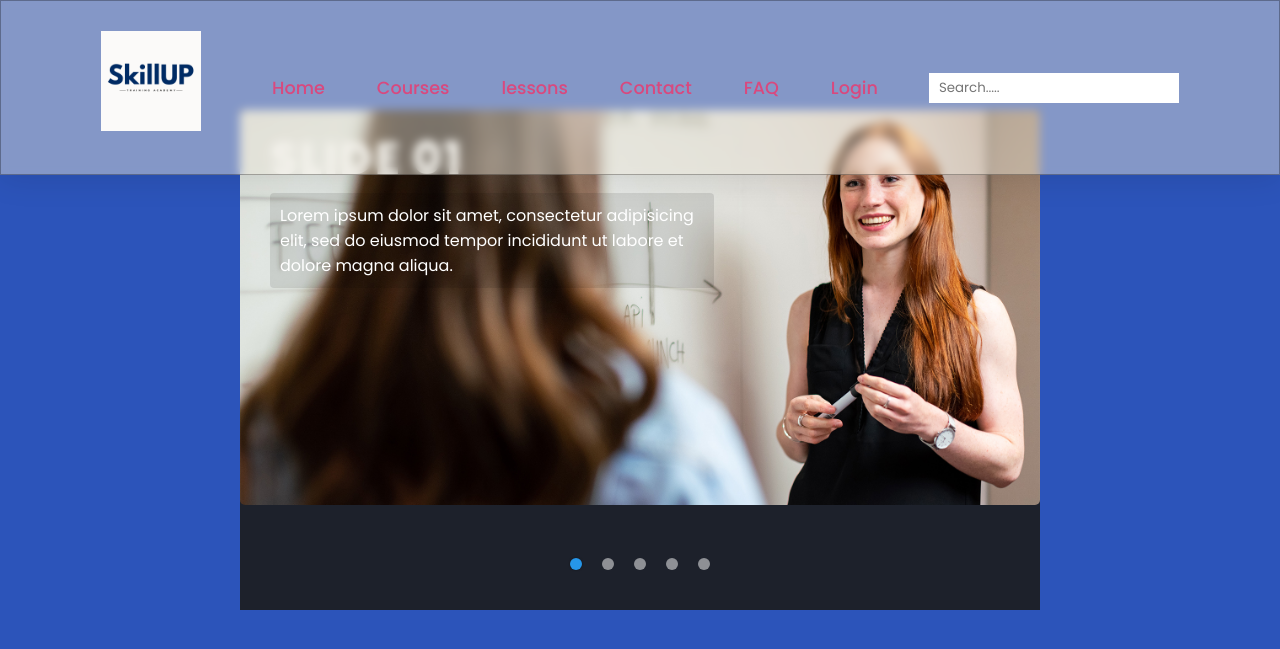
Repository: 2tzz/SkillUp-Academy
Page: home.html
The author's editor kept a copy of each file at every save. The page is drawn from the files as they stood at one save, then again after the next save.
The browser window is 1280 px wide. The pictures show the whole page.
Some web fonts or font styles are not loaded; a fallback is used.

Above is the page before, as saved 2022-10-22 15:42:22.

### home.html
<!DOCTYPE html>
<html lang="en" dir="ltr">
  <head>
    <meta charset="utf-8">
    <title>Website Landing Page | With Loading Effects and Scrolling Effects</title>
    <link rel="stylesheet" href="/CSS/home.css">
  </head>
  <body>

    <header>
      <a href="#" class="logo" >
        <img src="Img/SkillUP light.png" width="100px" height="100px" alt="Academy logo"/>
      </a>
      <navbar>
        <a href="#" class="active">Home</a>
        <a href="CourseHome.html">Courses</a>
        <a href="Lessons.html">lessons</a>
        <a href="Contact.html">Contact</a>
        <a href="FAQ.html">FAQ</a>
        <a href="login.html">Login</a>
      </navbar>
      <search_bar>
            <form class="search">
                <input type="text" placeholder="Search....." class="input">
            <button type="submit" class="button">
                <i class="ri-search-2-line"></i>
            </button>
        </form>
      </search_bar>
    </header>

    <div class="img-slider">
        <div class="slide active">
          <img src="/Img/CarousalImages/Caro1.jpg" alt="">
          <div class="info">
            <h2>Slide 01</h2>
            <p>Lorem ipsum dolor sit amet, consectetur adipisicing elit, sed do eiusmod tempor incididunt ut labore et dolore magna aliqua.</p>
          </div>
        </div>
        <div class="slide">
          <img src="/Img/CarousalImages/Caro2.jpg" alt="">
          <div class="info">
            <h2>Slide 02</h2>
            <p>Lorem ipsum dolor sit amet, consectetur adipisicing elit, sed do eiusmod tempor incididunt ut labore et dolore magna aliqua.</p>
          </div>
        </div>
        <div class="slide">
          <img src="/Img/CarousalImages/Caro3.jpg" alt="">
          <div class="info">
            <h2>Slide 03</h2>
            <p>Lorem ipsum dolor sit amet, consectetur adipisicing elit, sed do eiusmod tempor incididunt ut labore et dolore magna aliqua.</p>
          </div>
        </div>
        <div class="slide">
          <img src="/Img/CarousalImages/Caro1.jpg" alt="">
          <div class="info">
            <h2>Slide 04</h2>
            <p>Lorem ipsum dolor sit amet, consectetur adipisicing elit, sed do eiusmod tempor incididunt ut labore et dolore magna aliqua.</p>
          </div>
        </div>
        <div class="slide">
          <img src="/Img/CarousalImages/Caro2.jpg" alt="">
          <div class="info">
            <h2>Slide 05</h2>
            <p>Lorem ipsum dolor sit amet, consectetur adipisicing elit, sed do eiusmod tempor incididunt ut labore et dolore magna aliqua.</p>
          </div>
        </div>
        <div class="navigation">
          <div class="btn active"></div>
          <div class="btn"></div>
          <div class="btn"></div>
          <div class="btn"></div>
          <div class="btn"></div>
        </div>
      </div>
    <script src="/JS/home.js"></script>
  </body>
</html>

### CSS/home.css
@import url('https://fonts.googleapis.com/css2?family=Poppins:wght@100;200;300;400;500;600;700;800;900&display=swap');
@import url('https://fonts.googleapis.com/css2?family=Kaushan+Script&display=swap');

*{
  margin: 0;
  padding: 0;
  box-sizing: border-box;
  font-family: "Poppins", sans-serif;
  scroll-behavior: smooth;
}

body{
    min-height: 100vh;
    overflow-x: hidden;
    display: flex;
    justify-content: center;
    align-items: center;
    background: #2c54ba;

}

header{
    background: rgba(231, 228, 214, 0.47);
box-shadow: 0 4px 30px rgba(0, 0, 0, 0.1);
backdrop-filter: blur(5px);
-webkit-backdrop-filter: blur(5px);
border: 1px solid rgba(6, 2, 2, 0.3);
  z-index: 999;
  position: absolute;
  top: 0;
  left: 0;
  width: 100%;
  padding: 30px 100px;
  display: flex;
  justify-content: space-between;
  align-items: center;
}

header .logo{
  font-size: 2em;
  text-transform: uppercase;
  font-weight: 800;
  text-decoration: none;
  background: linear-gradient(to right, #d7487e, #ea6360);
  -webkit-background-clip: text;
  -webkit-text-fill-color: transparent;
}

header navbar{
  display: flex;
  justify-content: center;
  align-items: center;
}

header navbar a{
  color: #d9497e;
  font-size: 1.1em;
  font-weight: 500;
  text-decoration: none;
  margin-left: 20px;
  padding: 5px 16px;
  border-radius: 20px;
  transition: 0.3s;
  transition-property: background, color;
}

header navbar a:hover{
  background: linear-gradient(to bottom, #d94a7f, #fe9261);
  color: #fff;
}

.home{
  position: relative;
  width: 100%;
  height: 100vh;
  padding: 100px;
  display: flex;
  justify-content: center;
  align-items: center;
  flex-direction: column;
}

.home:before{
  content: '';
  z-index: 10;
  position: absolute;
  width: 100%;
  height: 80px;
  background: linear-gradient(to top, #722d59, transparent);
  bottom: 0;
}


.home img{
  position: absolute;
  top: 0;
  left: 0;
  width: 100%;
  height: 100%;
  object-fit: cover;
  pointer-events: none;
}

/* Search box */
header search_bar{
    display: flex;
    justify-content: center;
    align-items: center;
}
.search{
    float: right;
    position: relative;
    height: 30px;
    width: 250px;
    background-color: rgb(255, 255, 255);
    backdrop-filter: blur(2rem);
    display: flex;
    justify-content: flex-end;
    border: #a11d1d;
}
.search::before{
    content: "";
    position: absolute;
    left: 0;
    bottom: 0;
    width: 100%;
    height: 2px;
    background: #c52520;
    transform: scaleX(0);
    transform-origin: center;
    transform-origin: left;
    transition: transform .25s ;
}
.search:focus-within::before{
    transform: scale(1);
}
.search input,
.search button{
    border: none;
    outline: none;
    background-color: transparent;
    color: #8e8e8e;
}
.input{
    width: 100%;
    padding: 10px;
}
.button{
    display: grid;
    place-items: center;
    width: 50px;
    font-size: 20px;
    cursor: pointer;
    transition: color .25s;
}
.button:hover{
    background: #0170f0;
  }


.logo, navbar,search_bar{
  transform: translateY(-70px);
  transition: 0.8s;
}

@import url('https://fonts.googleapis.com/css2?family=Poppins:wght@100;200;300;400;500;600;700;800;900&display=swap');

*{
  margin: 0;
  padding: 0;
  box-sizing: border-box;
  font-family: "Poppins", sans-serif;
}



.img-slider{
  position: relative;
  width: 800px;
  height: 500px;
  margin: 10px;
  background: #1D212B;
}

.img-slider .slide{
  z-index: 1;
  position: absolute;
  width: 100%;
  clip-path: circle(0% at 0 50%);
}

.img-slider .slide.active{
  clip-path: circle(150% at 0 50%);
  transition: 2s;
  transition-property: clip-path;
}

.img-slider .slide img{
  z-index: 1;
  width: 100%;
  border-radius: 5px;
}

.img-slider .slide .info{
  position: absolute;
  top: 0;
  padding: 15px 30px;
}

.img-slider .slide .info h2{
  color: #fff;
  font-size: 45px;
  text-transform: uppercase;
  font-weight: 800;
  letter-spacing: 2px;
}

.img-slider .slide .info p{
  color: #fff;
  background: rgba(0, 0, 0, 0.1);
  font-size: 16px;
  width: 60%;
  padding: 10px;
  border-radius: 4px;
}

.img-slider .navigation{
  z-index: 2;
  position: absolute;
  display: flex;
  bottom: 30px;
  left: 50%;
  transform: translateX(-50%);
}

.img-slider .navigation .btn{
  background: rgba(255, 255, 255, 0.5);
  width: 12px;
  height: 12px;
  margin: 10px;
  border-radius: 50%;
  cursor: pointer;
}

.img-slider .navigation .btn.active{
  background: #2696E9;
  box-shadow: 0 0 2px rgba(0, 0, 0, 0.5);
}

@media (max-width: 820px){
  .img-slider{
    width: 600px;
    height: 375px;
  }

  .img-slider .slide .info{
    padding: 10px 25px;
  }

  .img-slider .slide .info h2{
    font-size: 35px;
  }

  .img-slider .slide .info p{
    width: 70%;
    font-size: 15px;
  }

  .img-slider .navigation{
    bottom: 25px;
  }

  .img-slider .navigation .btn{
    width: 10px;
    height: 10px;
    margin: 8px;
  }
}

@media (max-width: 620px){
  .img-slider{
    width: 400px;
    height: 250px;
  }

  .img-slider .slide .info{
    padding: 10px 20px;
  }

  .img-slider .slide .info h2{
    font-size: 30px;
  }

  .img-slider .slide .info p{
    width: 80%;
    font-size: 13px;
  }

  .img-slider .navigation{
    bottom: 5px;
  }

  .img-slider .navigation .btn{
    width: 8px;
    height: 8px;
    margin: 6px;
  }
}

@media (max-width: 420px){
  .img-slider{
    width: 320px;
    height: 200px;
  }

  .img-slider .slide .info{
    padding: 5px 10px;
  }

  .img-slider .slide .info h2{
    font-size: 25px;
  }

  .img-slider .slide .info p{
    width: 90%;
    font-size: 11px;
  }

  .img-slider .navigation{
    bottom: 10px;
  }
}

### JS/home.js

const logo = document.querySelector(".logo");
const navbar = document.querySelector("navbar");
const search_bar=document.querySelector("search_bar");

//reveal elements on page loading
window.addEventListener("load", () => {
  logo.style.transform = "translateY(0)";
  navbar.style.transform = "translateY(0)";
  search_bar.style.transform ="translateY(0)";
});

 //scrolling effects on website elements
 /*window.addEventListener("scroll", () => {
    const scrollVal = window.scrollY;
  });
*/
var slides = document.querySelectorAll('.slide');
    var btns = document.querySelectorAll('.btn');
    let currentSlide = 1;

    // Javascript for image slider manual navigation
    var manualNav = function(manual){
      slides.forEach((slide) => {
        slide.classList.remove('active');

        btns.forEach((btn) => {
          btn.classList.remove('active');
        });
      });

      slides[manual].classList.add('active');
      btns[manual].classList.add('active');
    }

    btns.forEach((btn, i) => {
      btn.addEventListener("click", () => {
        manualNav(i);
        currentSlide = i;
      });
    });

    // Javascript for image slider autoplay navigation
    var repeat = function(activeClass){
      let active = document.getElementsByClassName('active');
      let i = 1;

      var repeater = () => {
        setTimeout(function(){
          [...active].forEach((activeSlide) => {
            activeSlide.classList.remove('active');
          });

        slides[i].classList.add('active');
        btns[i].classList.add('active');
        i++;

        if(slides.length == i){
          i = 0;
        }
        if(i >= slides.length){
          return;
        }
        repeater();
      }, 10000);
      }
      repeater();
    }
    repeat();

After the next save:
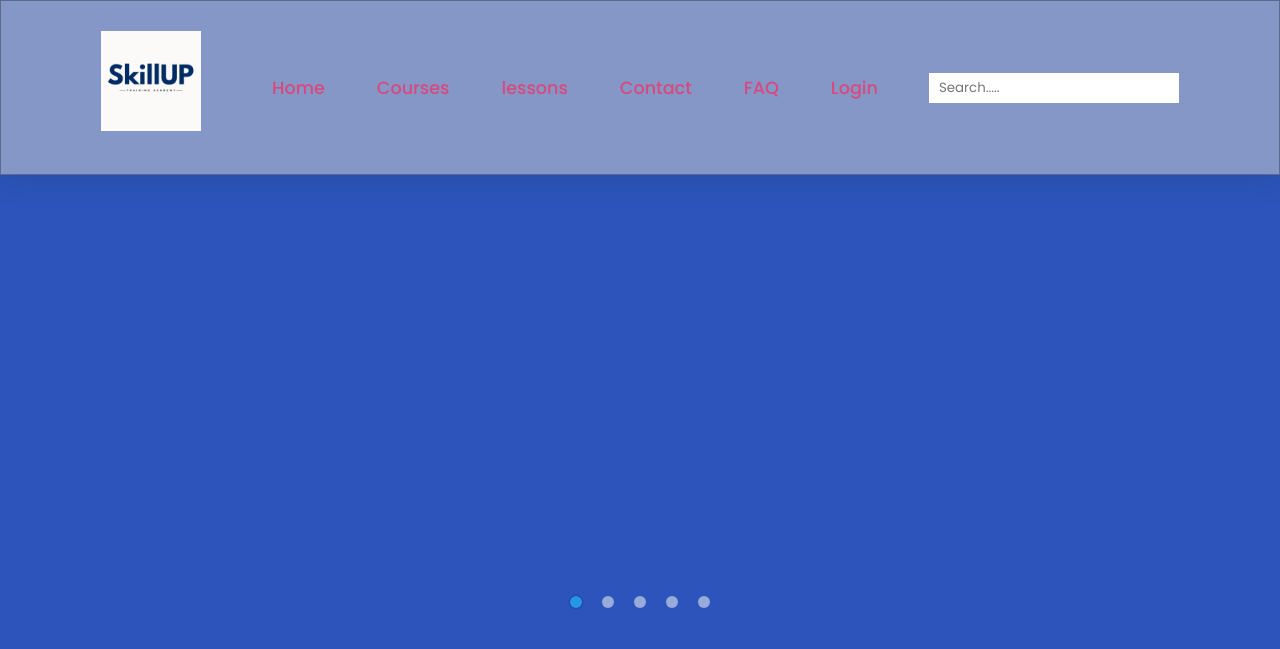
Saved 52 s later.
--- a/CSS/home.css
+++ b/CSS/home.css
@@ -176,8 +176,8 @@
 
 .img-slider{
   position: relative;
-  width: 800px;
-  height: 500px;
+  width: auto;
+  height: 80vh;
   margin: 10px;
   background: #1D212B;
 }

After the save that followed:
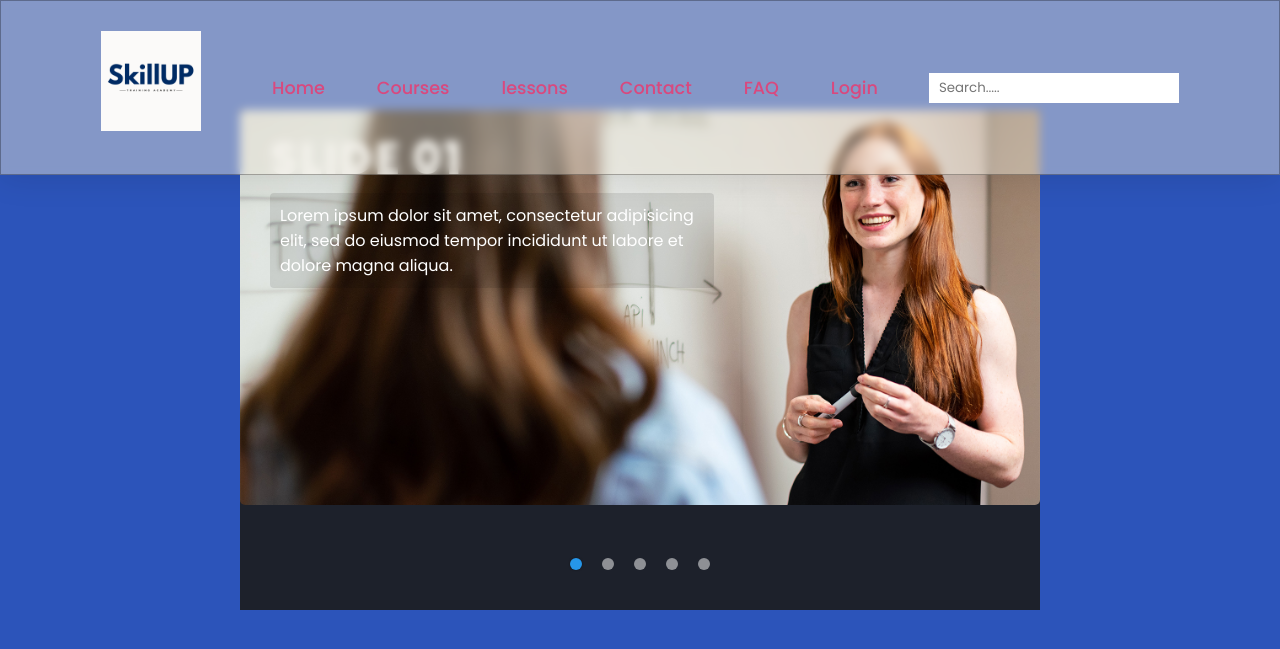
Saved 21 s later.
--- a/CSS/home.css
+++ b/CSS/home.css
@@ -176,8 +176,8 @@
 
 .img-slider{
   position: relative;
-  width: auto;
-  height: 80vh;
+  width: 800px;
+  height: 500px;
   margin: 10px;
   background: #1D212B;
 }
